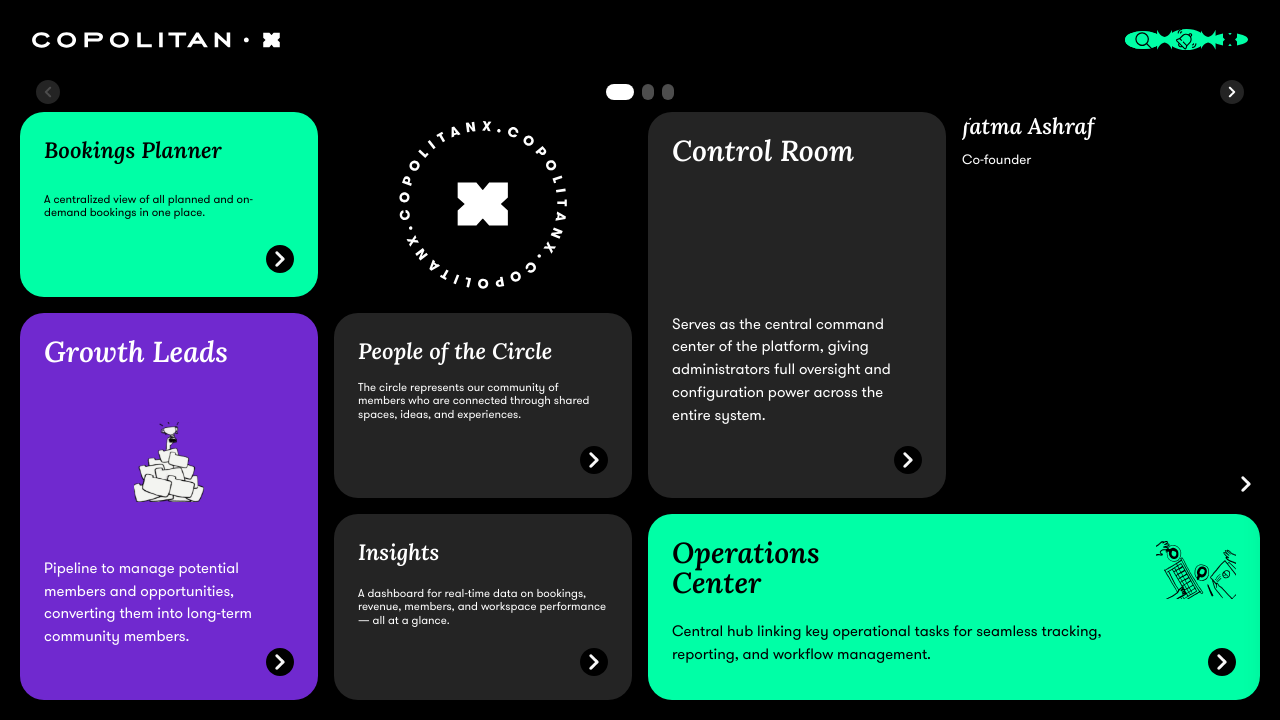
Repository: mohameddtalal/Copolitan-X
Page: /dashboard
The author's editor kept a copy of each file at every save. The page is drawn from the files as they stood at one save, then again after the next save.
The browser window is 1280 px wide. The pictures show the whole page.
The project was rebuilt for these pictures with package versions that can differ from the ones it lists, and the page was loaded fresh each time. The framework's server and built-in components were replaced by stand-ins that run in the browser. Also part of the build but not shown: next.config.ts.

Above is the page before, as saved 2026-02-11 11:24:39.

After the next save:
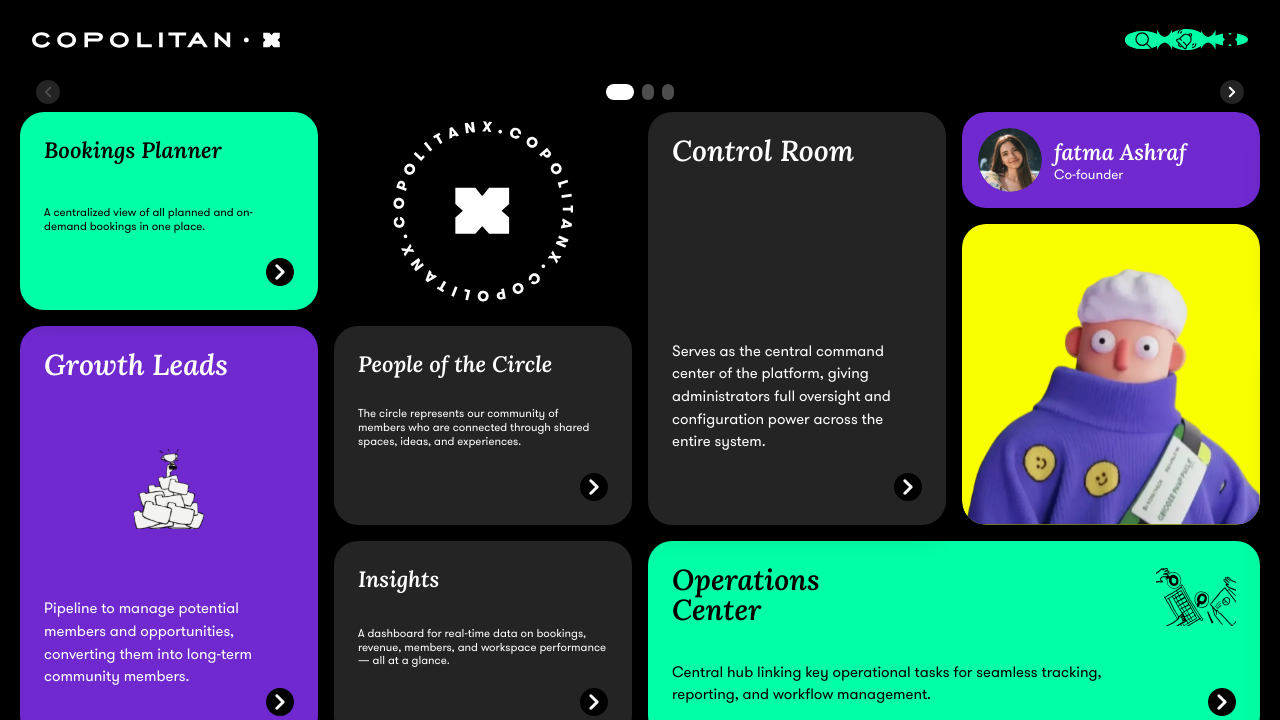
Saved 1 s later.
--- a/src/app/globals.css
+++ b/src/app/globals.css
@@ -186,45 +186,3 @@ height: 100%;
 ::-webkit-scrollbar-thumb:hover {
   background-color: #777;
 }
-
-/* Flip Card Styles */
-.perspective-1000 {
-  perspective: 1000px;
-}
-.flip-wrapper {
-  width: 100%;
-  height: 100%;
-  position: relative;
-  transform-style: preserve-3d;
-  cursor: pointer;
-}
-
-.flip-front,
-.flip-back {
-  backface-visibility: hidden;
-  position: absolute;
-  top: 0;
-  left: 0;
-  width: 100%;
-  height: 100%;
-}
-
-.flip-front {
-  z-index: 2;
-  transform: rotateY(0deg);
-}
-
-.flip-back {
-  transform: rotateY(180deg);
-}
-
-.rotate-y-180 {
-  transform: rotateY(180deg);
-}
-
-
-.card-back-scroller {
-  flex: 1;
-  overflow-y: auto;
-  margin-top: auto;
-}
--- a/src/components/BadgeCard/BadgeCard.tsx
+++ b/src/components/BadgeCard/BadgeCard.tsx
@@ -11,8 +11,7 @@ export default function BadgeCard({ card }: any) {
 
   const renderContent = () => {
     if (card.isSplit) {
-      console.log("aaaa");
-      <SplitCard card={card}/>
+      return <SplitCard card={card}/>
     }
 
     if (card.image) {
